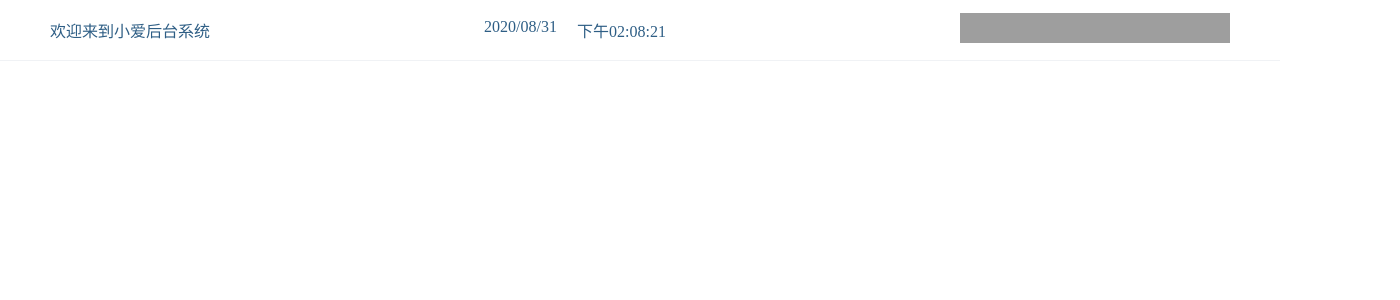
Repository: ZHANG-0714/backstage
Page: /home
The author's editor kept a copy of each file at every save. The page is drawn from the files as they stood at one save, then again after the next save.
The browser window is 1280 px wide. The page is 1280 px wide, then 1400 px, so the pictures cover 1400 px, including what lies to the right of the window. The pictures show the whole page.
Pictures or frames that could not be fetched are drawn as grey boxes. The project was rebuilt for these pictures with package versions that can differ from the ones it lists, and the page was loaded fresh each time. Also part of the build but not shown: vue.config.js, src/views/Home.vue.

Above is the page before, as saved 2020-08-31 16:48:18.

After the next save:
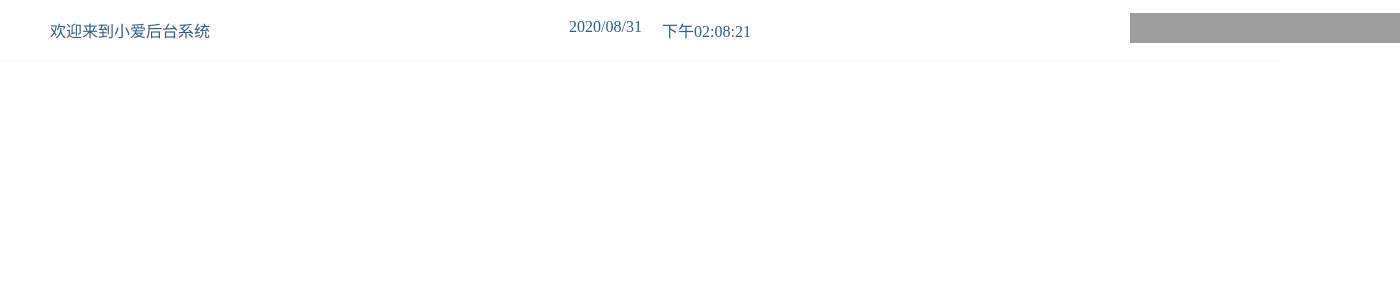
Saved 12 s later.
--- a/src/components/public/headTop.vue
+++ b/src/components/public/headTop.vue
@@ -74,7 +74,7 @@ export default {
   margin-right: 20px;
 }
 .iframes {
-  width: 270px;
+  width: 100px;
 }
 iframe {
   width: 270px;
